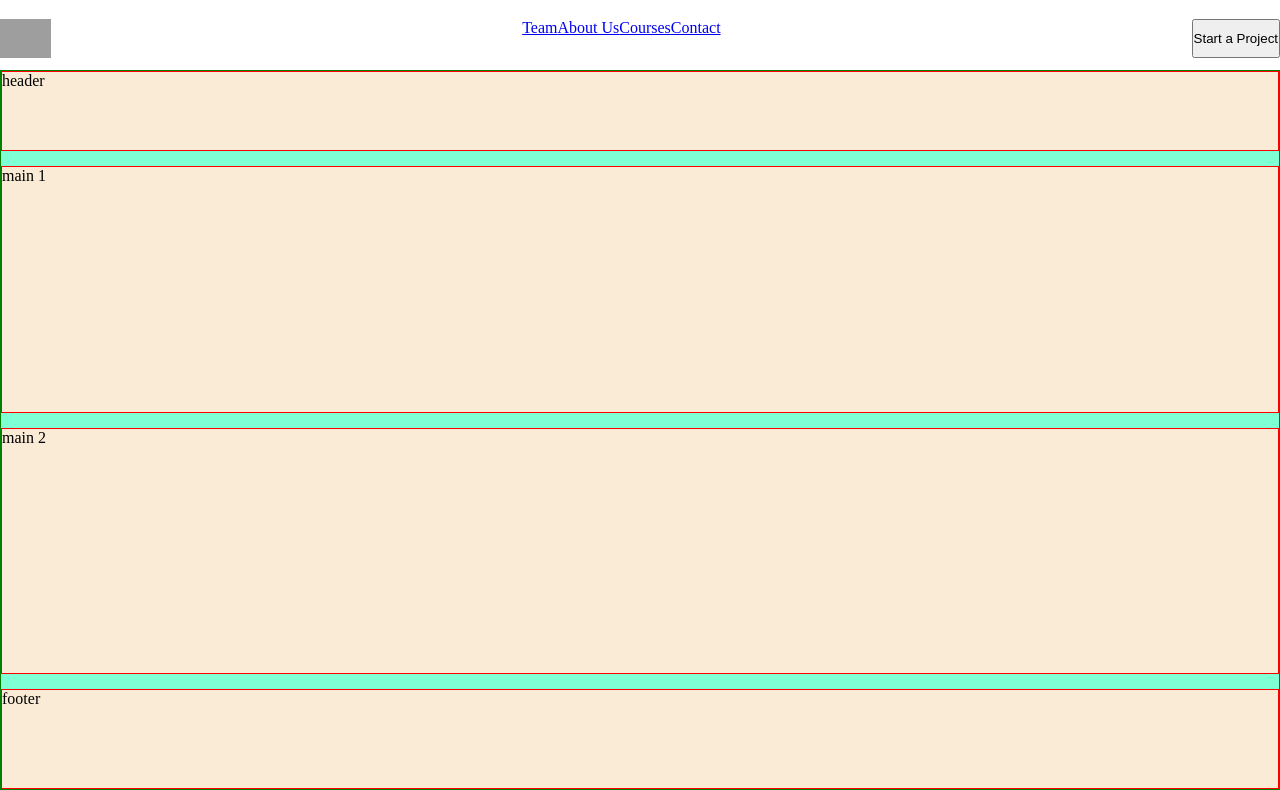
Repository: PraffulPatel27/Codehelp-Mini-Clone
Page: index.html
An editor plug-in stored every save of this project. The page is shown before and after the next save, followed by the edit.
The browser window is 1280 px wide. The pictures show the whole page.
Pictures or frames that could not be fetched are drawn as grey boxes.

Above is the page before, as saved 2024-02-24 19:55:17.

### index.html
<!DOCTYPE html>
<html lang="en">
<head>
    <meta charset="UTF-8">
    <meta name="viewport" content="width=device-width, initial-scale=1.0">
    <title>Codehelp Website Clone</title>
    <link rel="stylesheet" href="style.css">
    <link rel="icon" href="assets/logo.png" type="image/x-icon">
</head>
<body>

    <div class="wrapper">

        <nav>
            <div class="nav-container">
                <img src="assets/logo.png" alt="logo" class="logo">

                <ul class="nav-links">
                    <li><a href="#">Team</a></li>
                    <li><a href="#">About Us</a></li>
                    <li><a href="#">Courses</a></li>
                    <li><a href="#">Contact</a></li>
                </ul>

                <button class="start-btn">Start a Project</button>
            </div>
        </nav>

        <div class="container">

            <div class="box" id="header">header</div>
            <div class="box" id="main-content1">main 1</div>
            <div class="box" id="main-content2">main 2</div>
            <div class="box" id="footer">footer</div>
        </div>

    </div>
</body>
</html>

### style.css
* {
    margin: 0;
    padding: 0;
    box-sizing: border-box;
}

.wrapper {

}

.nav-container {
    display: flex;
    justify-content: space-between;
    padding-top: 1.5%;
    padding-bottom: 1%;
}

.nav-container img {
    width: 4%;
}

.nav-links {
    display: flex;
    justify-content: space-between;
    list-style-type: none;
}

.container {
    height: 100vh;
    background-color: aquamarine;
    border: 1px solid green;
    display: grid;

    grid-template-rows: 80px 1fr 1fr 100px;
    grid-template-columns: 1fr;
    grid-gap: 15px;

    grid-template-areas:
    "hd"
    "main1"
    "main2"
    "ft";
}

.box {
    border: 1px solid red;
    background-color: antiquewhite;

}

#header {
    grid-area: hd;
}

#main-content1 {
    grid-row: main1
}

#main-content2 {
    grid-row: main2
}

#footer {
    grid-area: ft;
}

After the next save:
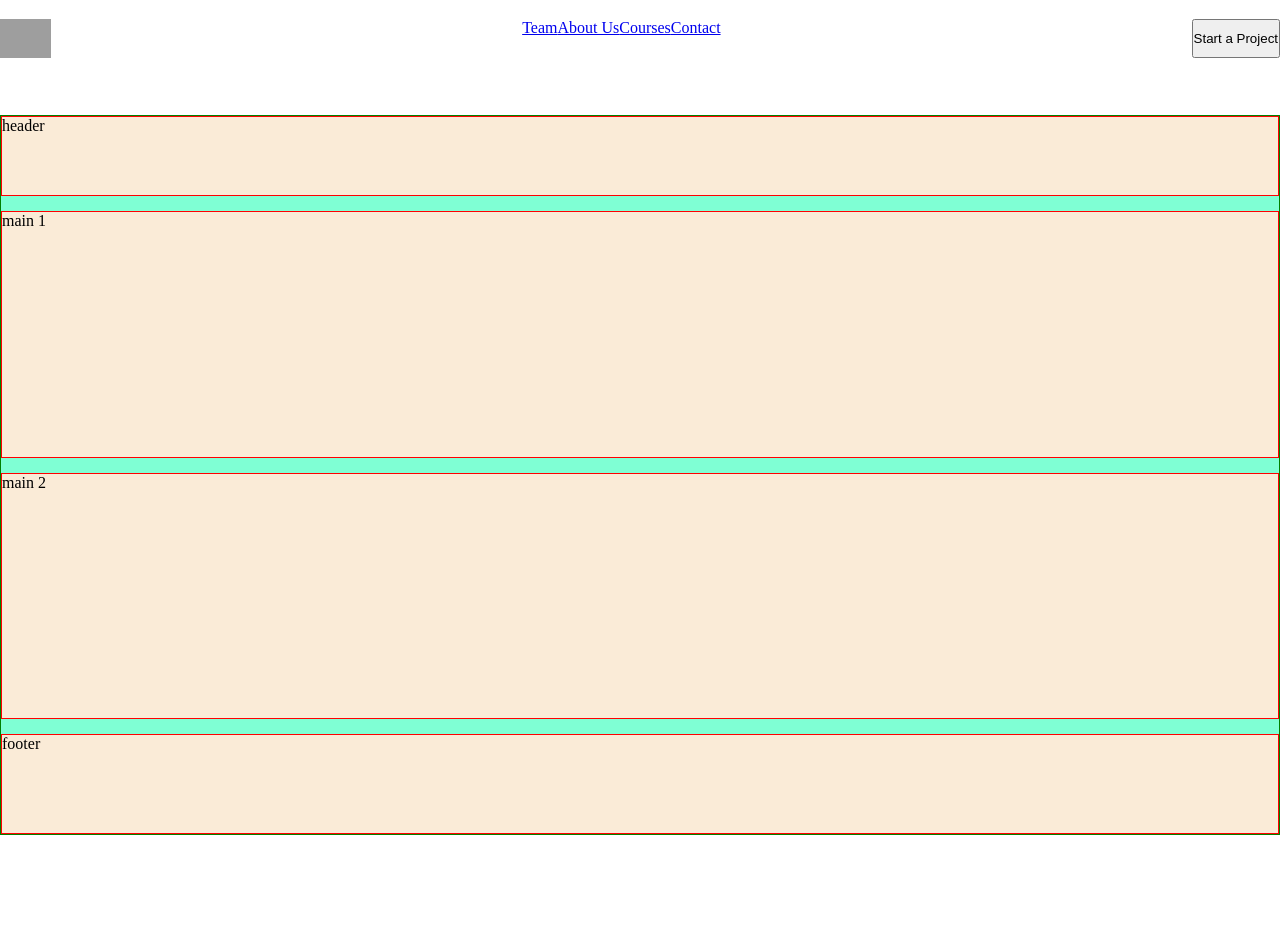
Saved 9 s later.
--- a/style.css
+++ b/style.css
@@ -5,6 +5,14 @@
 }
 
 .wrapper {
+    display: grid;
+    grid-template-rows: 100px 1fr 100px;
+    grid-template-columns: 1fr;
+    grid-gap: 15px;
+    grid-template-areas:
+    "hd"
+    "main"
+    "ft";
 
 }
 

After the 2 saves that followed:
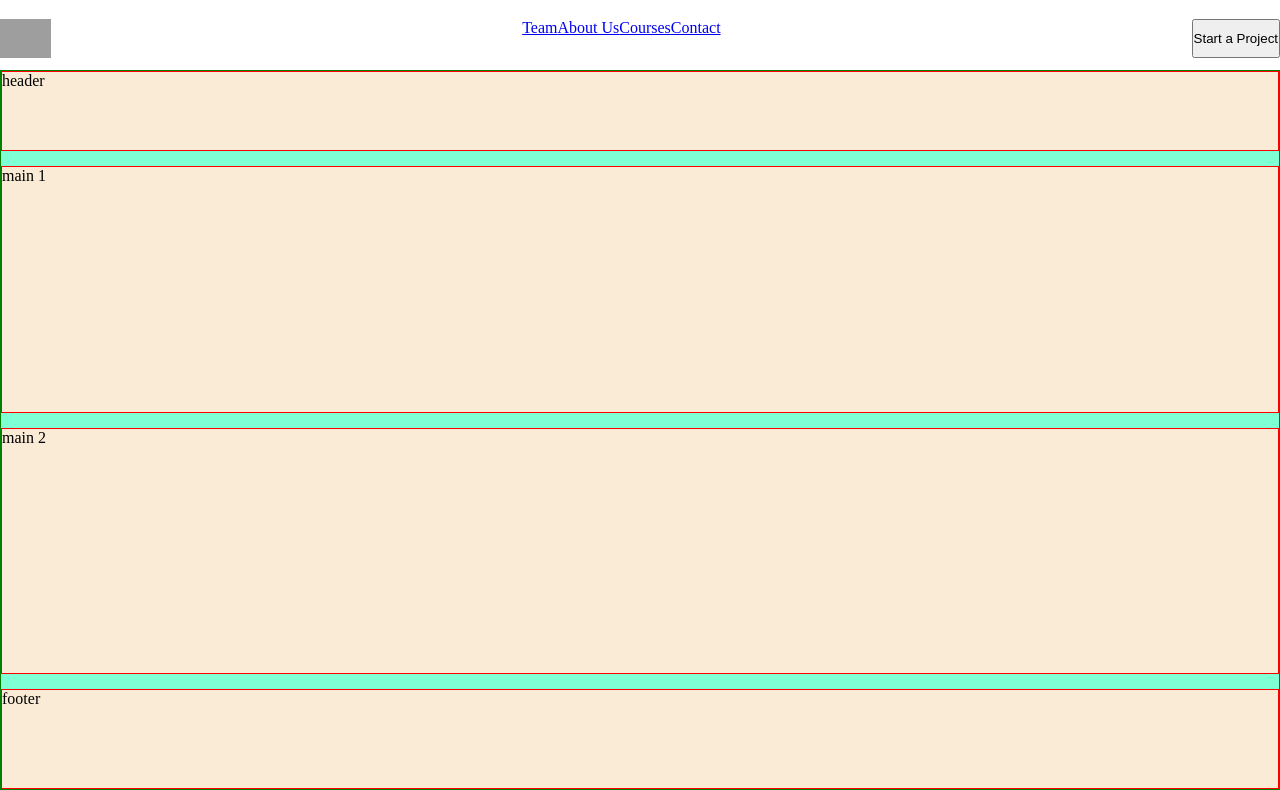
The 2 saves are shown as one change because they came seconds apart.
The last was saved 7 s later.
--- a/style.css
+++ b/style.css
@@ -5,15 +5,7 @@
 }
 
 .wrapper {
-    display: grid;
-    grid-template-rows: 100px 1fr 100px;
-    grid-template-columns: 1fr;
-    grid-gap: 15px;
-    grid-template-areas:
-    "hd"
-    "main"
-    "ft";
-
+    padd
 }
 
 .nav-container {
